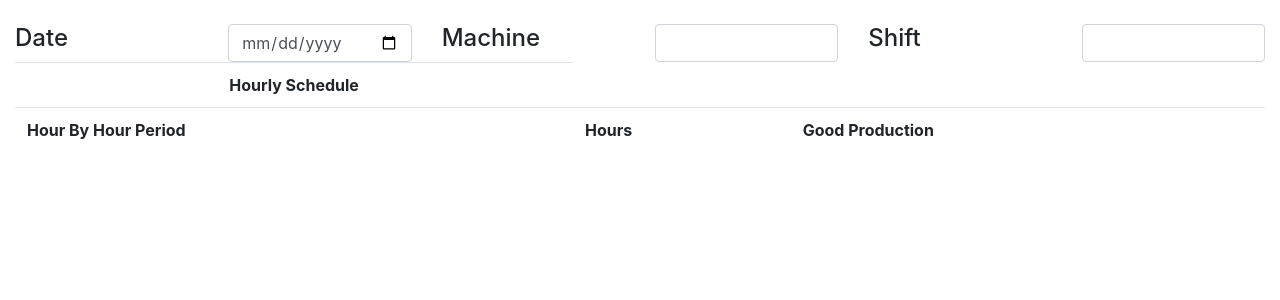
Repository: hisamit97/TVS-Locas
Page: index.html
The author's editor kept a copy of each file at every save. The page is drawn from the files as they stood at one save, then again after the next save.
The browser window is 1280 px wide. The pictures show the whole page.

Above is the page before, as saved 2020-11-30 12:46:53.

After the next save:
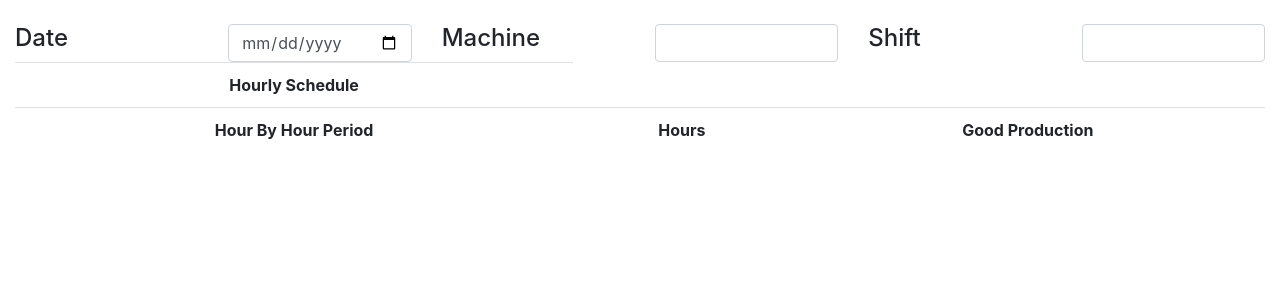
Saved 58 s later.
--- a/index.html
+++ b/index.html
@@ -42,7 +42,7 @@
                    <tr style="text-align: center;">
                        <th>Hourly Schedule</th>
                    </tr>
-                   <tr>
+                   <tr style="text-align: center;">
                        <th>Hour By Hour Period</th>
                        <th>Hours</th>
                        <th>Good Production</th>
